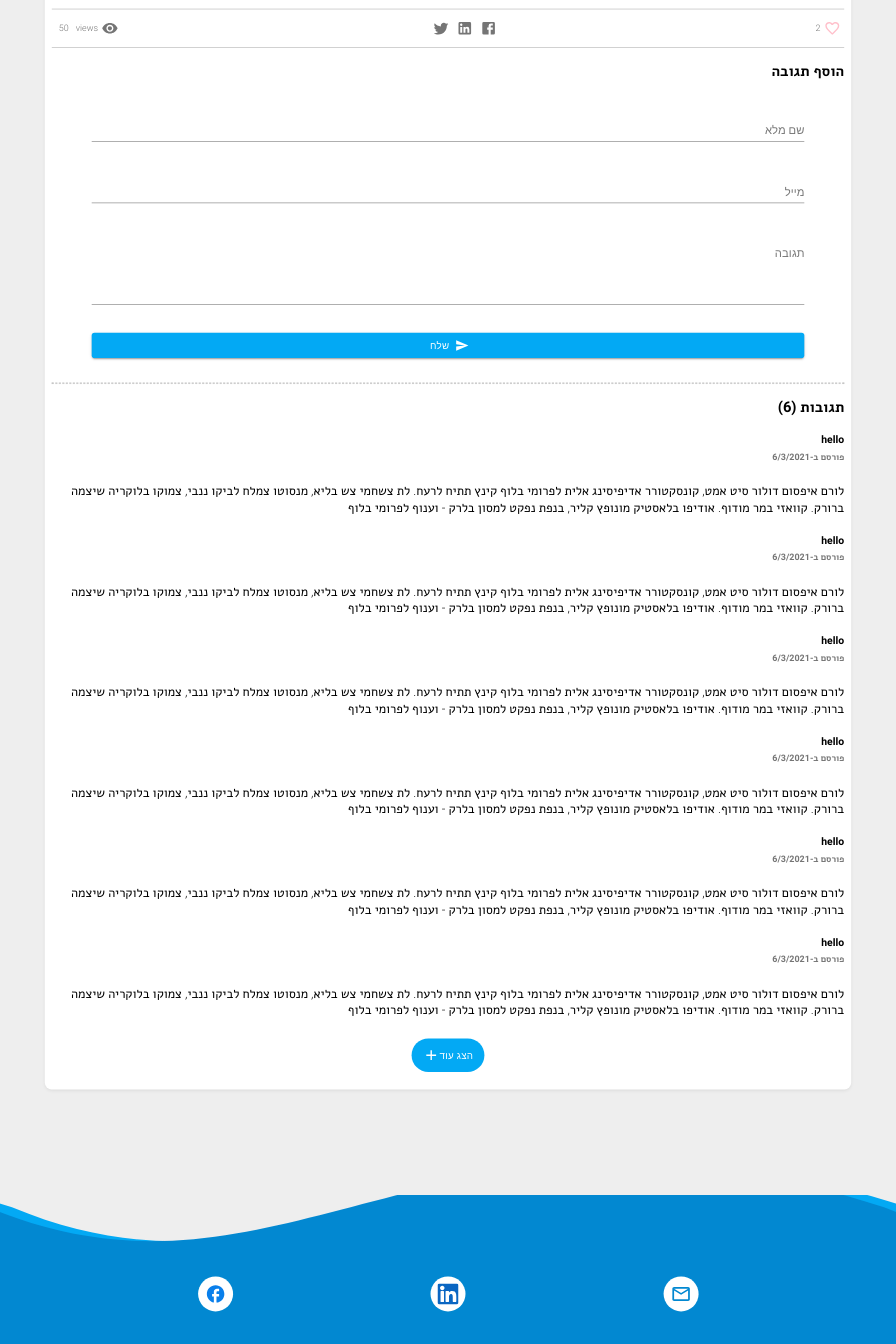
Repository: Ylan-sayada/blog-web-junior
Page: /article/1
An editor plug-in stored every save of this project. The page is shown before and after the next save, followed by the edit.
The browser window is 1280 px wide. The pictures show the part of the page from y = 529 to 2449 px (the page is 2449 px tall before and 1645 px after), at 70% of full size.
The project was rebuilt for these pictures with package versions that can differ from the ones it lists, and the page was loaded fresh each time. Also part of the build but not shown: src/common/mainComponents/Header.tsx, src/utils/isEmail.ts, src/common/vendorComponents/materialUi/input/NewsletterInput.tsx, src/utils/getRect.ts, src/common/mainComponents/Newsletter.tsx, src/common/components/ect/Img.tsx, src/common/components/ect/PreviewArticle.tsx, src/common/mainComponents/ArticleWidgetGenerator.tsx and 4 more.

Above is the page before, as saved 2021-06-04 11:50:10.

### src/App.tsx
import React from 'react';
import { BrowserRouter as Router } from "react-router-dom";
import Main from './common/mainComponents/Main';
import Nav from './common/mainComponents/Nav';
import CounterDay from './common/components/ect/CounterDay'
import Footer from './common/mainComponents/Footer';
import LangContext, { langData } from './utils/LangContext';
import './ressources/scss/index.scss';
import ScrollTop from './common/components/ect/ScrollTop';
function App() {
  let startTime = new Date(2021, 3, 25);
  return (
    <div className="App">
      <header className="App-header">
        <LangContext.Provider value={langData}>
          <Router>
            <ScrollTop />
            <CounterDay
              dateStart={startTime}
              foundWork={false}
            />
            <Nav />
            <Main />
            <Footer />
          </Router>
        </LangContext.Provider>
      </header>
    </div>
  );
}

export default App;

### src/common/mainComponents/Main.tsx
import React from 'react';
import Home from './Home';
import { Switch, Route } from "react-router-dom";
import Blog from './Blog';
import About from './About';
import Article from './Article';
export default function Main(): JSX.Element {

    return (
        <React.Fragment>
            <Switch>
                <Route exact path="/">
                    <Home />
                </Route>

                <Route path="/about">
                    <About />
                </Route>

                <Route path="/blog">
                    <Blog />
                </Route>
                <Route path="/article/:id" >
                    <Article />
                </Route>
            </Switch>
        </React.Fragment>
    )
}

### src/common/components/ect/CounterDay.tsx
import React from 'react'
import countDay from '../../../utils/countDay';

export default function CounterDay(props: { dateStart: Date, foundWork: boolean }) {
    let dayElapsed = countDay(props.dateStart);
    let classState = props.foundWork ? "green" : "yellow";
    //also if the mission is accomplished the counter will continue to count day.
    //to resolve this we should to stock the day that the mission is accomplished
    return (
        <div className={`counter-day ${classState}`}>
            <div>
                <p>{dayElapsed} <br /> <strong>{dayElapsed > 1 ? "ימים" : "יום"}</strong></p>
            </div>

            <div>
                <p dir="rtl">מצב המשימה העיקרית </p>
                <p className="bold">{props.foundWork ? "משימה הושלמה!" : "ממשיכים בהרפתקאות"} </p>
            </div>
        </div>
    )
}

### src/utils/LangContext.ts
import React from 'react'
const LangContext = React.createContext({});
export const langData = {
    "heb":{
        "Home":{
            "ArticleWidgetGenerator" :{
                    "latest":"פוסטים אחרונים",
                    "oldest" : "פוסטים ישנים",
                    "hotest" : "להיטים"
                }
        }
    },
    "eng":{
        "Home":{
            "ArticleWidgetGenerator" :{
                "latest":"פוסטים אחרונים",
                "oldest" : "פוסטים ישנים",
                "hotest" : "להיטים"
                }
        }
    }

};
export const LangProvider = LangContext.Provider;
export const LangConsumer = LangContext.Consumer;
export default LangContext;

### src/ressources/scss/index.scss
@import './helpers/variable.scss';
@import './base/reset.scss';
@import './helpers/fonctions';
@import './helpers/animations.scss';
@import './layout/header.scss';
@import './layout/nav.scss';
@import './layout/footer.scss';
@import './components/CounterDay.scss';
@import './components/RoundedIcone.scss';
@import './components/PreviewArticle.scss';
@import './components/socialIcones.scss';
@import './components/Newsletter.scss';
@import './components/TitleLine.scss';
@import './components/Img.scss';
@import './components/MiniPresentation.scss';
@import './components/Drawer.scss';
@import './components//Article.scss';
@import './base/generalConfig.scss';
@import './components/fineSep.scss';

### src/common/components/ect/ScrollTop.tsx
import { useEffect } from "react";
import { useLocation } from "react-router-dom";

export default function ScrollTop() {
    const { pathname } = useLocation();

    useEffect(() => {
        window.scrollTo(0, 0);
    }, [pathname]);

    return null;
}

### src/common/components/stylised title/TitleLine.tsx
import React from 'react'
import isHebrew from '../../../utils/isHebrew';
import GetTitle from '../ect/GetTitle';
interface ContainChildren<Type>{
    children:Type;
    size:SizeMode
}
type SizeMode = 'very small'| 'small' | 'medium' | 'large' | 'extra large';
export default function TitleLine(props:ContainChildren<string>){
    let initClass = isHebrew(props.children) ? "title-line heb" : "title-line eng";
    let initContent = isHebrew(props.children)?
     <React.Fragment><span className="line"/><span className="content">{props.children}</span></React.Fragment>
     :
     <React.Fragment><span className="content">{props.children}</span><span className="line"/></React.Fragment>

    return (
        <React.Fragment>
            <GetTitle size={props.size} className={initClass}>{initContent}</GetTitle>
        </React.Fragment>
    );
}

### src/common/components/hoc/WithLink.tsx
import React from 'react';
import { Link } from 'react-router-dom';
import isExternal from '../../../utils/isExternal';
declare namespace JSX {

    class ObjectContainsProps<ContainSomething>{
        props:ContainSomething;
    }
}
interface ContainUrl{
    link : string;
}
/**
 * @param El React element we want to add url
 * @param url Url added to the El
 * @returns
 */
function WithLink(El:React.ReactElement,url?:string):React.ReactElement;
/**
 * @param El React element we want to add url should contain link props
 * @returns
 */
function WithLink (El:JSX.ObjectContainsProps<ContainUrl>,url:string=""):React.ReactElement{
    let link = url === "" ? El.props.link : url ;
    let Parent = isExternal(link) ?
    <a href={link} target="_blank" rel="noreferrer">{El}</a>   :   <Link to={link}>{El}</Link>
    return (
        <React.Fragment>
        {Parent}
        </React.Fragment>
    )
}
export default WithLink

### src/common/components/sep/FineSep.tsx
import React from 'react'

export default function FineSep(props: { dashed?: boolean }) {
    return (
        <div className={`fine-sep ${props.dashed ? 'dashed' : ''}`} ></div>
    )
}

### src/common/components/ect/MiniPresentation.tsx
import React from 'react'
import RoundedIcone from './RoundedIcone'

export default function MiniPresentation(props: any) {
    return (
        <div className="mini-presentation">
            <h3 style={{ color: "black" }}>{props.name}</h3>
            <span className="sub-desc">{props.titleDesc}</span>
            <RoundedIcone width="80px" image={props.image} />
            <p>{props.desc}</p>
        </div>
    )
}

### src/utils/countDay.ts
export default function countDay(dateStart:Date,dateEnd?:Date){
    let res = typeof(dateEnd) != 'undefined' ?dateEnd.getTime() - dateStart.getTime() : Date.now() - dateStart.getTime();
    res = (res / (1000*60*60*24));
    return Math.floor(res);
}

### src/ressources/scss/helpers/variable.scss
$base-color:#03A9F4;
$secondary-color:#0288D1;
$text-light-color:#FFFFFF;
$text-dark-color:#212121;
$text-dark-secondary-color:#757575;
$divider-color:#BDBDBD;
$big:1.4rem;
$small:0.8rem;
$nav-height:56px;
$facebook: #097feb;
$twitter:#1c9cea;
$linkedin:#0a66c2;

### src/ressources/scss/helpers/fonctions/index.scss
@import './imgBackground.scss';

### src/ressources/scss/helpers/fonctions/imgBackground.scss
@mixin imgBackground($img){
    background-image: url($img);
    background-repeat: no-repeat;
    background-size: cover;
}

### src/ressources/scss/helpers/animations.scss
@keyframes addedContent{
    0%{
        position: relative;
        top: 0px;
        transform: rotate(0);
    }
    25%{
        top: -15px;
        transform: rotate(10deg);
    }
    50%{
        top: 0px;
        transform: rotate(0);
    }
    75%{
        top: 15px;
        transform: rotate(-10deg);
    }
    100%{
        top: 1px;
        transform: rotate(0);
    }
}
@keyframes opacityTransition {
    from{
        opacity: 0;
    }
    to{
        opacity: 1;
    }
}

### src/ressources/scss/layout/header.scss
.header {
    @include imgBackground('/ressources/img/code.jpg');
    height: calc(100vh - #{$nav-height});
    display: flex;
    justify-content: center;
    width: 100vw;

    .content-header {
        display: flex;
        flex-direction: column;
        justify-content: space-evenly;
        padding: 20px;
        background-color: rgba(255, 255, 255, 0.9);
        align-self: center;
        width: 80%;
        height: 80%;
        h1{
            color: $base-color;
            font-weight: bold;
            font-size: 1.5em;
            text-align: center;
        }
        p{
            text-align: right;
            font-size: 0.9em;
            line-height: 1.2em;
        }
        .header-button{
            width:100%;
            color: $text-light-color;
            background-color: $text-dark-color;
        }

    }
}

### src/ressources/scss/layout/nav.scss
@import '../helpers/variable' ;
.navBar{
    background-color: $base-color;
    color: $text-light-color;
    justify-content: space-between;

    .right-side{
        display: flex;
        align-items:center;
    }
}

### src/ressources/scss/layout/footer.scss
.footer-content {

    .socialIcones {
        align-items: center;
        height: 20vh;
        background-color: $secondary-color;

        a {
            display: flex;
            background-color: white;
            padding: 10px;
            border-radius: 100%;

            &.facebook-icone {
                color: $facebook;
            }

            &.linkedin-icone {
                color: $linkedin;
            }

            &.mail-icone {
                color: $secondary-color;
            }
        }
    }


}

### src/ressources/scss/components/CounterDay.scss
.counter-day{
    display: flex;
    justify-content: space-evenly;
    padding: 5px;

    font-size: $small;
    >div{
        align-self: center;
        text-align: center;
    }
    &.green{
        background-color: green;
        color:$text-light-color;
    }
    &.yellow{
        background-color: yellow;
        color:$text-dark-color;
    }
}

### src/ressources/scss/components/RoundedIcone.scss
.roundedIcone{
    border-radius: 80%;
    background-repeat: no-repeat;
    background-size:contain;
    background-position: center;
}

### src/ressources/scss/components/subDesc.scss
.sub-desc{
    color:$text-dark-secondary-color;
    font-size: $small;
}

### src/ressources/scss/components/socialIcones.scss
@import '../helpers/flexPlacement';
.socialIcones{
    @extend .inlineFlex;
    @extend .equalSpace;
    width:100%;
     & svg{
         width: 30px;
         height:30px;

     }
}

### src/ressources/scss/helpers/flexPlacement.scss
.inlineFlex{
    display: flex;
}
.equalSpace{
    justify-content: space-evenly;
}

### src/ressources/scss/components/Newsletter.scss
.newsletter {
    display: flex;
    flex-direction: column;
    text-align: center;
    padding: 20px 0;
    line-height: 1.5rem;
    >svg {
        background-color: $base-color;
        border-radius: 100%;
        padding: 5px;
        align-self: center;
        fill: $text-light-color;
        font-size: 2.5rem;
        margin: 20px;
    }

    p {
        display: flex;
        align-items: center;
        justify-content: center;



    }

    .newsletter.send {
        justify-content: center;

        .opacityTransition {
            font-weight: bold;
            white-space: nowrap;
            animation: opacityTransition 1s linear;
        }

        .sendSvg {
            margin-right: 30px;
            color: green;
            animation: addedContent 3s linear alternate;
        }
    }

    @import './NewsletterInput.scss';
}

### src/ressources/scss/components/NewsletterInput.scss
@use '../vendors/material-ui/resetInput';

.newsletter-input {
  display: flex;
  justify-content: space-evenly;
  flex-direction: column;

  >* {
    margin: 10px 0;
  }

  label {
    right: 0;
    left: auto;
  }

  @include resetInput.resetInput;
}

### src/ressources/scss/vendors/material-ui/resetInput.scss
@use '../../helpers/variable.scss'as variable;

@mixin resetInput {

    .MuiFormLabel-root.Mui-focused {
        color: variable.$base-color !important;
    }


    .MuiInput-underline::after {
        border-bottom: 2px solid variable.$base-color !important;
    }


    button {
        background-color: variable.$base-color !important;
        color: variable.$text-light-color !important;
    }

}

### src/ressources/scss/components/TitleLine.scss
.title-line {
    display: flex;
    margin: 10px 0;
    .content {
        font-size: 1.2em;
        font-weight: bold;
        flex-grow: 1;
        text-align: center;
    }

    .line {
        flex-grow: 10;
        display: flex;
        align-self: center;
        justify-content: space-around;
    }

    .line::after,
    .line::before {
        content: "";
        display: flex;
        height: 1px;
        width: 50%;
        align-self: baseline;
    }

    &.eng {
        .line::after {
            background-color: #e2e2e2;
        }

        .line::before {
            background: linear-gradient(to right, #bfa279, #e2e2e2);
        }
    }

    &.heb {
        .line::after {
            background: linear-gradient(to left, #bfa279, #e2e2e2);
        }

        .line::before {
            background-color: #e2e2e2;
        }
    }
}

### src/ressources/scss/components/Img.scss
.img-div {
    width: 100vw;
    min-height: 180px;
    height: auto;
    background-size: cover;
}

### src/ressources/scss/components/MiniPresentation.scss
@import './subDesc.scss';
.mini-presentation{
    text-align: center;
    & h1{
        font-weight: bold;
    }
    & .roundedIcone{
        margin: 20px auto;
    }
    & p{
        line-height: 1.4em;
    }
}

### src/ressources/scss/components/Drawer.scss
@import './socialIcones.scss';
.content-drawer{
    overflow-y:scroll;
    padding: 0 5%;
    & >*{
        margin: 0 0 40px 0;
    }
}

### src/ressources/scss/components/MessageInterface.scss
@use './MessageForm.scss'as form;

@mixin messageInterface {
    .message-interface {
        .message {
            margin: 10px 0;
        }
    }

    @include form.messageForm;
}

### src/ressources/scss/components/MessageForm.scss
@use '../vendors/material-ui/resetInput';

@mixin messageForm {
    .add-message-form {
        display: flex;
        flex-direction: column;
        align-items: center;

        >* {
            width: 90%;
            margin: 20px 0;
        }

        label {
            right: 0;
            left: auto;
        }

        @include resetInput.resetInput;
    }
}

### src/ressources/scss/base/generalConfig.scss
@import './typography.scss';

body {
    font-size: 18px;
    overflow-x: hidden;
    min-height: 100vh;
    position: relative;
    font-family: Roboto, Alef;

}

html {
    scroll-behavior: smooth;
}

.bold {
    font-weight: bold;
}

.italic {
    font-style: italic;
}

.only-desktop {
    display: none !important;
}

h1,
h2,
h3,
h4,
h5 {
    &.blue {
        color: $base-color;
    }
}

.header~div:not(.footer) {
    width: 90%;
    margin: 0 auto;
}

.no-scroll {
    height: 100%;
    overflow: hidden;
}

@media only screen and (min-width:1000px) {
    .only-desktop {
        display: initial !important;
    }
}

### src/ressources/scss/base/typography.scss
@font-face {
    font-family: Roboto;
    src: url('../../fonts/Roboto/Roboto-Light.ttf');
}
  @font-face {
    font-family: Roboto;
    src: url('../../fonts/Roboto/Roboto-Bold.ttf');
    font-weight: bold;
  }
  @font-face {
    font-family: Roboto;
    src: url('../../fonts/Roboto/Roboto-Italic.ttf');
    font-style: italic;
}
@font-face {
  font-family: Alef;
  src: url('../../fonts/Alef/Alef-Regular.ttf');
}
@font-face {
  font-family: Alef;
  src: url('../../fonts/Alef/Alef-Bold.ttf');
  font-weight: bold;
}

### src/ressources/scss/components/fineSep.scss
@use '../helpers/variable.scss'as variable;

.fine-sep:not(.dashed) {
    height: 1px;
    width: 100%;
    background-color: variable.$divider-color;
    margin: 20px 0;
}

.fine-sep.dashed {
    border: 1px dashed variable.$divider-color;
}

### src/common/components/ect/RoundedIcone.tsx
import React from 'react';
import WithLink from '../hoc/WithLink'
import isUndefined from '../../../utils/isUndefined';

interface propsIcone {
  customstyle?: React.CSSProperties,
  link?: string,
  width?: number | string,
  image: String | HTMLImageElement,
}

export default function RoundedIcone(props: propsIcone): any {
  let { width, link, image, customstyle } = props;
  let height;
  width = height = isUndefined(width) ? 40 + "px" : width;

  let initialBaseComponent = <div className="roundedIcone" {...props} style={{ ...customstyle, width: width, height: height, backgroundImage: `url(${image})` }}></div>;
  let FinalRes = isUndefined(link) ? initialBaseComponent : WithLink(initialBaseComponent);
  return (
    <React.Fragment>
      {FinalRes}
    </React.Fragment>
  );
}

### src/common/components/ect/MessageInterface.tsx
import React, { useEffect, useState } from 'react'
import MessageForm from '../../vendorComponents/materialUi/input/MessageForm'
import FineSep from '../sep/FineSep';
import AddIcon from '@material-ui/icons/Add';
import ExtendedBtn from '../buttons/ExtendedBtn';
import { CircularProgress } from '@material-ui/core';
import Comments from './Comments';
let msg = { author: "hello", date: new Date().toLocaleDateString(), msg: " לורם איפסום דולור סיט אמט, קונסקטורר אדיפיסינג אלית לפרומי בלוף קינץ תתיח לרעח. לת צשחמי צש בליא, מנסוטו צמלח לביקו ננבי, צמוקו בלוקריה שיצמה ברורק. קוואזי במר מודוף. אודיפו בלאסטיק מונופץ קליר, בנפת נפקט למסון בלרק - וענוף לפרומי בלוף" }
let msgList = [msg, msg, msg, msg, msg, msg];
let getMsg = async (id?: string) => {
    let result = new Promise((resolve, reject) => {
        setTimeout(() => {
            resolve(msgList);
        }, 2000);
    });
    return await result;
}


export default function MessageInterface() {
    let [comments, setComments] = useState([]);
    useEffect(() => {
        getMsg()
            .then((result: any) => setComments(result));

    }, [])
    console.log(comments);

    return (
        <div className="message-interface">
            <h3>הוסף תגובה</h3>
            <MessageForm action="/api/sendMessage" />
            <FineSep dashed />
            <h3>תגובות (6)  </h3>
            {comments.length === 0 ? <CircularProgress /> : comments.map((comment, index) => {
                return <Comments comments={comment} key={index} />
            })}
            <div style={{
                display: 'flex', justifyContent: 'center'
            }}>
                < ExtendedBtn customStyle={{ backgroundColor: '#03a9f4', color: '#fff', margin: "20px 0" }}>
                    <span>הצג עוד</span>
                    <AddIcon />
                </ExtendedBtn>
            </div >
        </div >
    )
}

### src/utils/isHebrew.ts
export default function containsHeb(str:string) {
    return (/[\u0590-\u05FF]/).test(str);
}

### src/common/components/ect/GetTitle.tsx
import React from 'react';
type SizeMode = 'very small' | 'small' | 'medium' | 'large' | 'extra large';
export default function GetTitle(props: { size: SizeMode, className: string, children: any }) {
    let { size, className, children } = props;
    let listOfTitle = {
        'very small': <h5 className={className}>{children}</h5>,
        'small': <h4 className={className}>{children}</h4>,
        'medium': <h3 className={className}>{children}</h3>,
        'large': <h2 className={className}>{children}</h2>,
        'extra large': <h1 className={className}>{children}</h1>
    }
    return (
        <React.Fragment>
            {listOfTitle[size]}
        </React.Fragment>
    )
}

### src/utils/isExternal.ts
export default function isExternal(link:string) {
    return (link.split('/')[0] === "https:"? true : false);
}

### src/ressources/scss/components/Wave.scss
.waves {
    position: relative;

    width: 100%;
    max-height: 500px;
    height: auto;
    min-height: 70px;
    overflow: hidden;
    transition: .4s transform ease;
    transform-origin: bottom center;

}

.wave {
    position: absolute;
    bottom: -1px;
    left: 0;
    width: 100%;
    height: 30%;
    animation: wave 3.0s linear infinite;
}

.wave-light {
    z-index: 2;
    color: #0288D1;
}

.wave-dark {
    z-index: 1;
    color: #03A9F4;

    animation-direction: reverse;
}

.water {
    position: absolute;
    bottom: 0;
    left: 0;
    width: 100%;
}

.water svg {
    position: absolute;
    width: 100%;
    left: 0;
    right: 0;
    bottom: 99.9%;
}

.water:first-of-type {
    transform: translate(-100%, 0);
}

svg {
    fill: currentColor;
}

@keyframes wave {
    0% {
        transform: translate3d(0, 1px, 0);
    }


    100% {
        transform: translate3d(100%, 1px, 0);
    }
}

### src/utils/isUndefined.ts
export default function isUndefined(element:any):boolean{
    return typeof element === 'undefined';
}

### src/common/vendorComponents/materialUi/input/MessageForm.tsx
import React from 'react'
import { Button, TextField } from '@material-ui/core';
import SendIcon from '@material-ui/icons/Send';
export default function MessageForm(props: { action: string }) {
    return (
        <form action={props.action} className="add-message-form" >
            <TextField label="שם מלא" />
            <TextField dir="ltr" label="מייל" />
            <TextField
                id="standard-textarea"
                label="תגובה"
                rows="4"
                multiline
            />
            <Button
                dir="ltr"
                type="submit"
                variant="contained"
                endIcon={<SendIcon />}
            >
                שלח
            </Button>
        </form>
    )
}

### src/common/components/buttons/ExtendedBtn.tsx
import React from 'react';
import { Fab } from '@material-ui/core';
import { CSSProperties } from '@material-ui/styles';
export default function ExtendedBtn(props: { customStyle?: CSSProperties, children: any }) {
    return (
        <Fab style={{ ...props.customStyle, boxShadow: 'none' }} variant="extended" aria-label="add">
            {props.children}
        </Fab>
    )
}

### src/common/components/ect/Comments.tsx
import React from 'react'

export default function Comments(props: { comments: { author: string, date: string, msg: string } }) {
    let { comments } = props;
    return (
        <div className="message">
            <h5>{comments.author}<br /><span className="sub-desc">פורסם ב-{comments.date}</span></h5>

            <div className="message-content">
                <p>{comments.msg}</p>
            </div>
        </div>
    )
}

Loaded but not shown: public/index.html (common file); src/index.tsx (common file); src/common/mainComponents/Nav.tsx (99 lines, source omitted); src/common/mainComponents/Article.tsx (68 lines, source omitted); src/common/vendorComponents/PersistentDrawer.tsx (86 lines, source omitted); src/common/mainComponents/SocialPanel.tsx (50 lines, source omitted); src/common/vendorComponents/materialUi/input/SearchInput.tsx (61 lines, source omitted); src/ressources/scss/components/Article.scss (74 lines, source omitted); src/common/mainComponents/Wave.tsx (28 lines, source omitted); src/common/mainComponents/Footer.tsx (28 lines, source omitted); src/ressources/scss/components/SocialPanel.scss (61 lines, source omitted); src/ressources/scss/base/reset.scss (55 lines, source omitted); src/ressources/scss/components/PreviewArticle.scss (66 lines, source omitted)

After the next save:
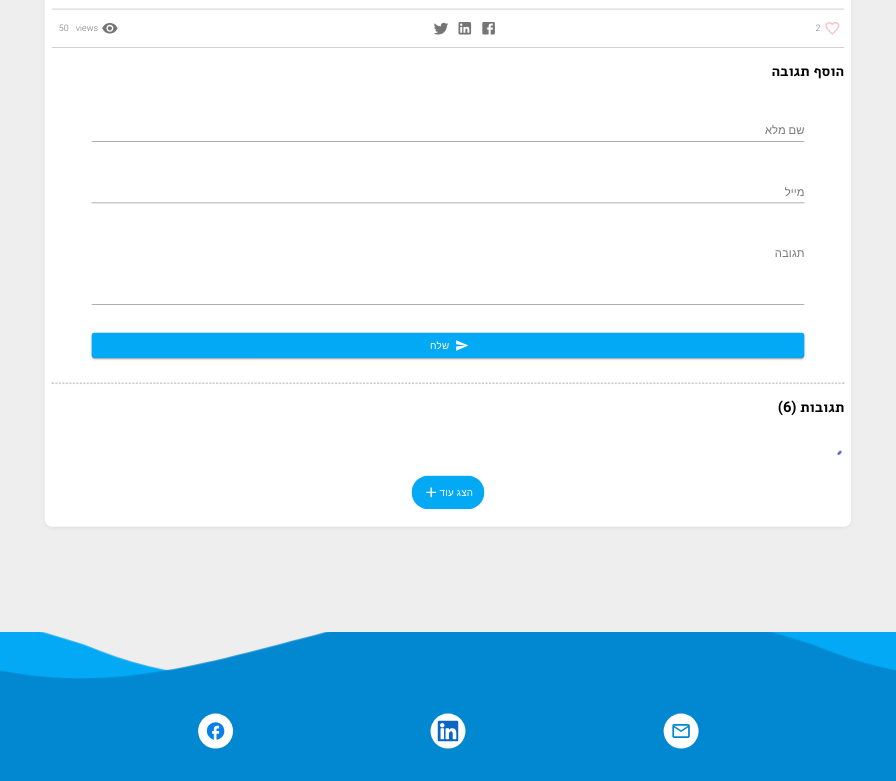
Saved 12 s later.
--- a/src/common/components/ect/MessageInterface.tsx
+++ b/src/common/components/ect/MessageInterface.tsx
@@ -11,7 +11,7 @@ let getMsg = async (id?: string) => {
     let result = new Promise((resolve, reject) => {
         setTimeout(() => {
             resolve(msgList);
-        }, 2000);
+        }, 6000);
     });
     return await result;
 }
